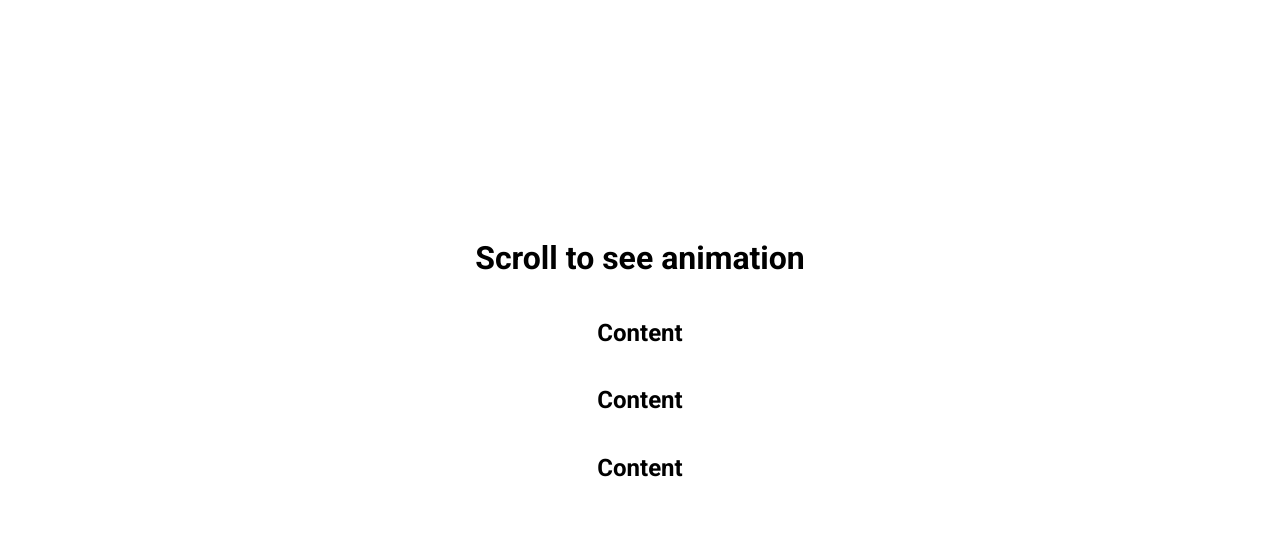
Repository: thecoachanna/scroll-animation
Page: index.html
An editor plug-in stored every save of this project. The page is shown before and after a run of saves, followed by the edit.
The browser window is 1280 px wide. The pictures show the whole page.
Some web fonts or font styles are not loaded; a fallback is used.

Above is the page before, as saved 2023-02-20 12:38:35.

After the next 2 saves:
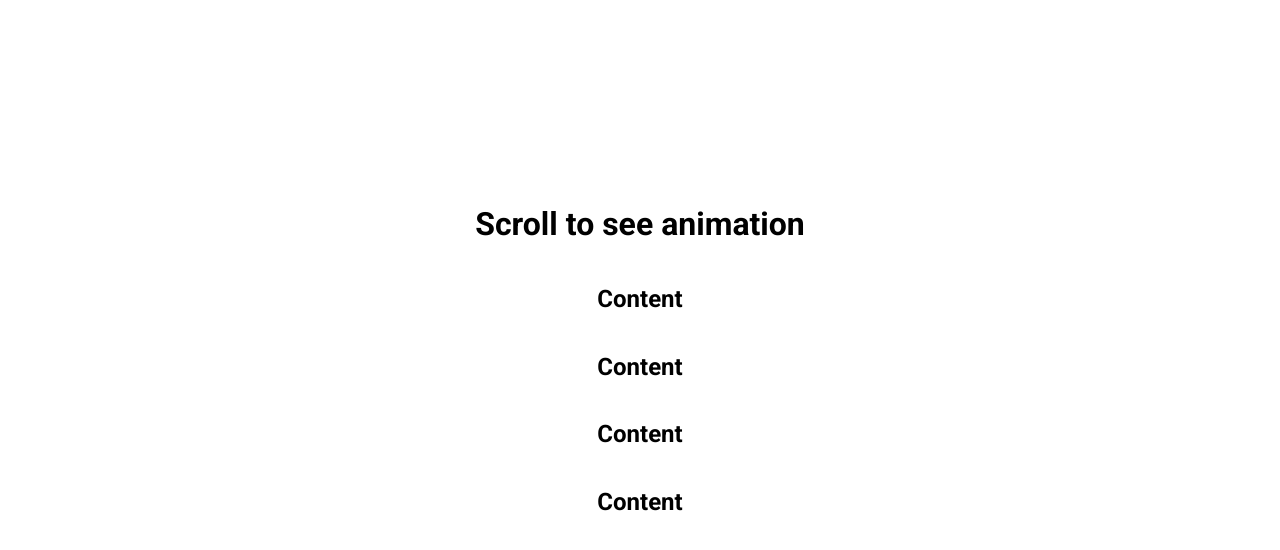
The 2 saves are shown as one change because they came seconds apart.
The last was saved 6 s later.
--- a/index.html
+++ b/index.html
@@ -12,7 +12,8 @@
     <div class="box"><h2>Content</h2></div>
     <div class="box"><h2>Content</h2></div>
     <div class="box"><h2>Content</h2></div>
-    <var><var><var><var><var><var><var></var></var></var></var></var></var></var>
+    <div class="box"><h2>Content</h2></div>
+
     <script src="script.js"></script>
 </body>
 </html>
